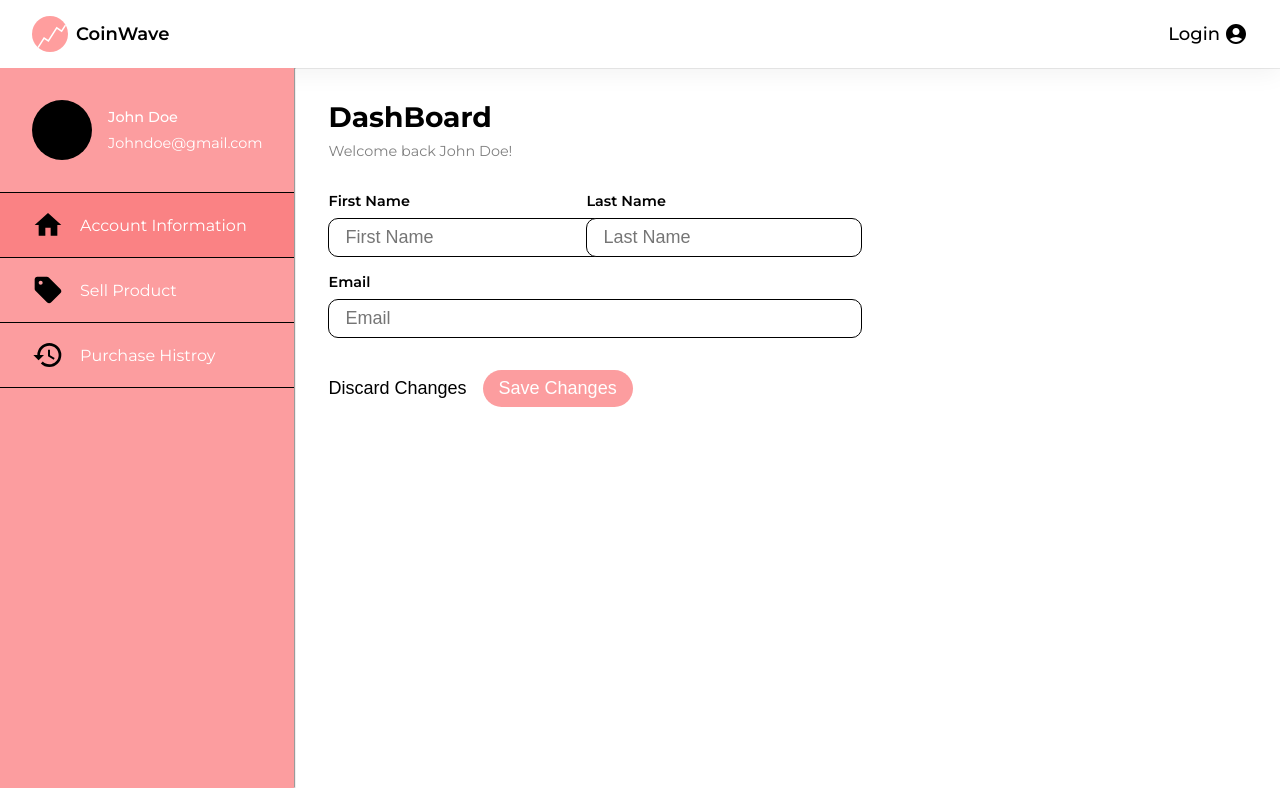
Repository: David-Waite/CoinWave
Page: /account
An editor plug-in stored every save of this project. The page is shown before and after the next save, followed by the edit.
The browser window is 1280 px wide. The pictures show the whole page.
The project was rebuilt for these pictures with package versions that can differ from the ones it lists, and the page was loaded fresh each time. The framework's server and built-in components were replaced by stand-ins that run in the browser. Also part of the build but not shown: next.config.js, app/components/account/SellProduct/SellProduct.js, app/components/account/PurchaseHistory/PurchaseHistory.js.

Above is the page before, as saved 2023-08-16 11:29:54.

### app/layout.js
import Nav from "./components/Nav/Nav";
import "./globals.css";
import { Montserrat } from "next/font/google";

const montserrat = Montserrat({ subsets: ["latin"] });

export const metadata = {
  title: "Coin Wave",
  description: "Generated by create next app",
};

export default function RootLayout({ children }) {
  return (
    <html lang="en">
      <body className={montserrat.className}>
        <Nav />
        {children}
      </body>
    </html>
  );
}

### app/account/page.js
"use client";
import styles from "./account.module.css";
import { useState } from "react";
import AccountMenu from "../components/account/AccountMenu/AccountMenu";
import AccountInformation from "../components/account/AccountInfomation/AccountInfomation";
import SellProduct from "../components/account/SellProduct/SellProduct";
import PurchaseHistroy from "../components/account/PurchaseHistory/PurchaseHistory";

export default function Account() {
  const [selected, setSelected] = useState({
    accountInformation: true,
    sellProduct: false,
    purchaseHistroy: false,
  });

  function handleMenuSelect(select) {
    setSelected({
      accountInformation: select === "accountInformation",
      sellProduct: select === "sellProduct",
      purchaseHistroy: select === "purchaseHistroy",
    });
  }

  return (
    <div className={styles.main}>
      <AccountMenu selected={selected} onClick={handleMenuSelect} />

      <hr />
      <main>
        {selected.accountInformation && <AccountInformation />}
        {selected.sellProduct && <SellProduct />}
        {selected.purchaseHistroy && <PurchaseHistroy />}
      </main>
    </div>
  );
}

### app/components/Nav/Nav.js
import styles from "./nav.module.css";
import Link from "next/link";
import { MdAccountCircle } from "react-icons/md";
export default function Nav() {
  return (
    <nav className={styles.main}>
      <Link className={styles.homeLink} href="/">
        <svg
          width="36"
          height="36"
          viewBox="0 0 36 36"
          fill="none"
          xmlns="http://www.w3.org/2000/svg"
        >
          <circle cx="18" cy="18" r="18" fill="#FF9E9E" />
          <mask
            id="mask0_7_9"
            style={{ maskType: "alpha" }}
            maskUnits="userSpaceOnUse"
            x="0"
            y="0"
            width="36"
            height="36"
          >
            <path
              d="M36 18C36 27.9411 27.9411 36 18 36C8.05887 36 0 27.9411 0 18C0 8.05887 8.05887 0 18 0C27.9411 0 36 8.05887 36 18Z"
              fill="#FF9E9E"
            />
          </mask>
          <g mask="url(#mask0_7_9)">
            <path
              d="M2.13416 37.6684L12.0865 22.0755L16.3706 24.9865L24.7305 11.8885L29.6267 15.2153L36.3942 4.61218"
              stroke="white"
              stroke-width="1.5"
            />
          </g>
        </svg>
        CoinWave
      </Link>
      <Link className={styles.loginLink} href="/login">
        Login <MdAccountCircle size={24} />
      </Link>
    </nav>
  );
}

### app/globals.css
:root {
  --primary: #fc9d9f;
}

* {
  margin: 0;
  padding: 0;
}

### app/components/account/AccountMenu/AccountMenu.js
import styles from "./accountMenu.module.css";
import { MdHistory, MdHome, MdSell } from "react-icons/md";
export default function AccountMenu(props) {
  function handleClick(select) {
    props.onClick(select);
  }

  const selectedP = {
    backgroundColor: "#fa8284",
  };

  return (
    <div className={styles.container}>
      <div className={styles.infoOverView}>
        <div className={styles.photo}></div>
        <div className={styles.overViewTextContainer}>
          <p className={styles.fullNameOverView}>John Doe</p>
          <p className={styles.emailOverView}>Johndoe@gmail.com</p>
        </div>
      </div>

      <div
        onClick={() => handleClick("accountInformation")}
        className={styles.linkContainer}
        style={Object.assign(props.selected.accountInformation && selectedP)}
      >
        <MdHome className={styles.menuIcons} />
        <p>Account Information</p>
      </div>

      <div
        onClick={() => handleClick("sellProduct")}
        className={styles.linkContainer}
        style={Object.assign(props.selected.sellProduct && selectedP)}
      >
        <MdSell className={styles.menuIcons} />
        <p>Sell Product</p>
      </div>

      <div
        onClick={() => handleClick("purchaseHistroy")}
        className={`${styles.linkContainer} ${styles.linkContainerBottom}`}
        style={Object.assign(props.selected.purchaseHistroy && selectedP)}
      >
        <MdHistory className={styles.menuIcons} />
        <p>Purchase Histroy</p>
      </div>
    </div>
  );
}

### app/components/account/AccountInfomation/AccountInfomation.js
"use client";
import styles from "./accountInformation.module.css";
import { useState } from "react";
import { useRouter } from "next/navigation";
import { MdSecurityUpdate } from "react-icons/md";

export default function AccountInformation() {
  const [formData, setFormData] = useState({
    firstName: "",
    lastNameName: "",
    email: "",
  });

  const router = useRouter();

  function handleChange(event) {
    const { type, name, value, checked } = event.target;
    setFormData((prevFormData) => {
      return {
        ...prevFormData,
        [name]: type === "checkbox" ? checked : value,
      };
    });
  }

  function handleSubmit(event) {
    event.preventDefault();

    router.push("/account");
  }

  return (
    <main className={styles.main}>
      <form onSubmit={handleSubmit}>
        <h1 className={styles.title}>DashBoard</h1>
        <p className={styles.welcomeText}>Welcome back {"John Doe"}!</p>

        <div className={styles.form}>
          <div className={styles.nameContainer}>
            <div className={styles.inputContainer}>
              <label className={styles.firstNameLable} htmlFor="firstName">
                First Name
              </label>
              <input
                className={styles.firstName}
                type="text"
                placeholder="First Name"
                onChange={handleChange}
                name="firstName"
                value={formData.firstName}
              />
            </div>
            <div className={styles.inputContainer}>
              <label className={styles.lastNameLable} htmlFor="lastName">
                Last Name
              </label>
              <input
                className={styles.firstName}
                type="text"
                placeholder="Last Name"
                onChange={handleChange}
                name="lastName"
                value={formData.lastName}
              />
            </div>
          </div>

          <div className={styles.inputContainer}>
            <label className={styles.emailLable} htmlFor="email">
              Email
            </label>
            <input
              className={styles.email}
              type="email"
              placeholder="Email"
              onChange={handleChange}
              name="email"
              value={formData.email}
            />
          </div>
        </div>
        <div className={styles.buttonContainer}>
          <button className={styles.discardChanges}>Discard Changes</button>
          <button className={styles.saveChanges}>Save Changes</button>
        </div>
      </form>
    </main>
  );
}

### app/components/Nav/nav.module.css
.main {
  display: flex;
  align-items: center;
  justify-content: space-between;
  padding: 16px 60px;
  box-shadow: rgba(0, 0, 0, 0.05) 0px 6px 24px 0px,
    rgba(0, 0, 0, 0.08) 0px 0px 0px 1px;
}

.homeLink {
  display: flex;
  align-items: center;
  gap: 8px;
  text-decoration: none;
  font-size: 18px;
  color: black;
  font-weight: 600;
}

.loginLink {
  display: flex;
  align-items: center;
  gap: 4px;
  font-size: 18px;
  text-decoration: none;
  color: black;
  font-weight: 500;
}

@media (max-width: 1600px) {
  .main {
    padding: 16px 32px;
  }
}
@media (max-width: 778px) {
  .main {
    padding: 16px;
  }
  .loginLink,
  .homeLink {
    font-size: 16px;
  }
}

### app/components/account/AccountMenu/accountMenu.module.css
.container {
  background-color: var(--primary);

  height: 100vh;
}

.infoOverView {
  display: flex;
  align-items: center;
  gap: 16px;

  padding: 32px;
}

.fullNameOverView {
  color: white;
  font-size: 14.4px;
  font-weight: 500;
}

.emailOverView {
  color: white;
  font-size: 14.4px;
}

.overViewTextContainer {
  display: flex;
  flex-direction: column;
  gap: 8px;
}

.linkContainer {
  padding: 16px 0;
  display: flex;
  align-items: center;
  gap: 16px;
  padding-left: 32px;
  border-top: 1px solid black;
  cursor: pointer;
}
.linkContainer:hover {
  background-color: #fa8284;
}

.menuIcons {
  font-size: 32px;
}

.linkContainerBottom {
  border-bottom: 1px solid black;
}

.linkContainer p {
  color: white;
}

.photo {
  width: 60px;
  height: 60px;
  background-color: black;
  border-radius: 50%;
}

### app/components/account/AccountInfomation/accountInformation.module.css
.main {
  padding: 32px;
  max-width: 500px;
}

.title {
  font-size: 28.13px;
}

.welcomeText {
  font-size: 14.4px;
  color: grey;
  margin-top: 8px;
}

.firstNameLable,
.lastNameLable,
.emailLable {
  font-size: 14.4px;
  font-weight: 600;
}

.nameContainer {
  display: grid;
  grid-template-columns: 1fr 1fr;
  gap: 16px;
}

.firstName,
.lastName,
.email {
  border: 1px solid black;
  padding: 8px 16px;
  font-size: 18px;
  border-radius: 10px;
  width: 100%;
}

.form {
  padding: 32px 0;
  display: flex;
  flex-direction: column;
  gap: 16px;
}

.inputContainer {
  display: flex;
  flex-direction: column;
  gap: 8px;
}

.buttonContainer {
  display: flex;
  gap: 16px;
}
.discardChanges,
.saveChanges {
  cursor: pointer;
  border: none;
  font-size: 18px;
}

.discardChanges {
  color: black;
  background-color: transparent;
}

.saveChanges {
  padding: 8px 16px;
  border-radius: 50px;
  background-color: var(--primary);
  color: white;
}

.saveChanges:hover {
  background-color: #ff8b8d;
}

Loaded but not shown: app/account/account.module.css (common file)

After the next save:
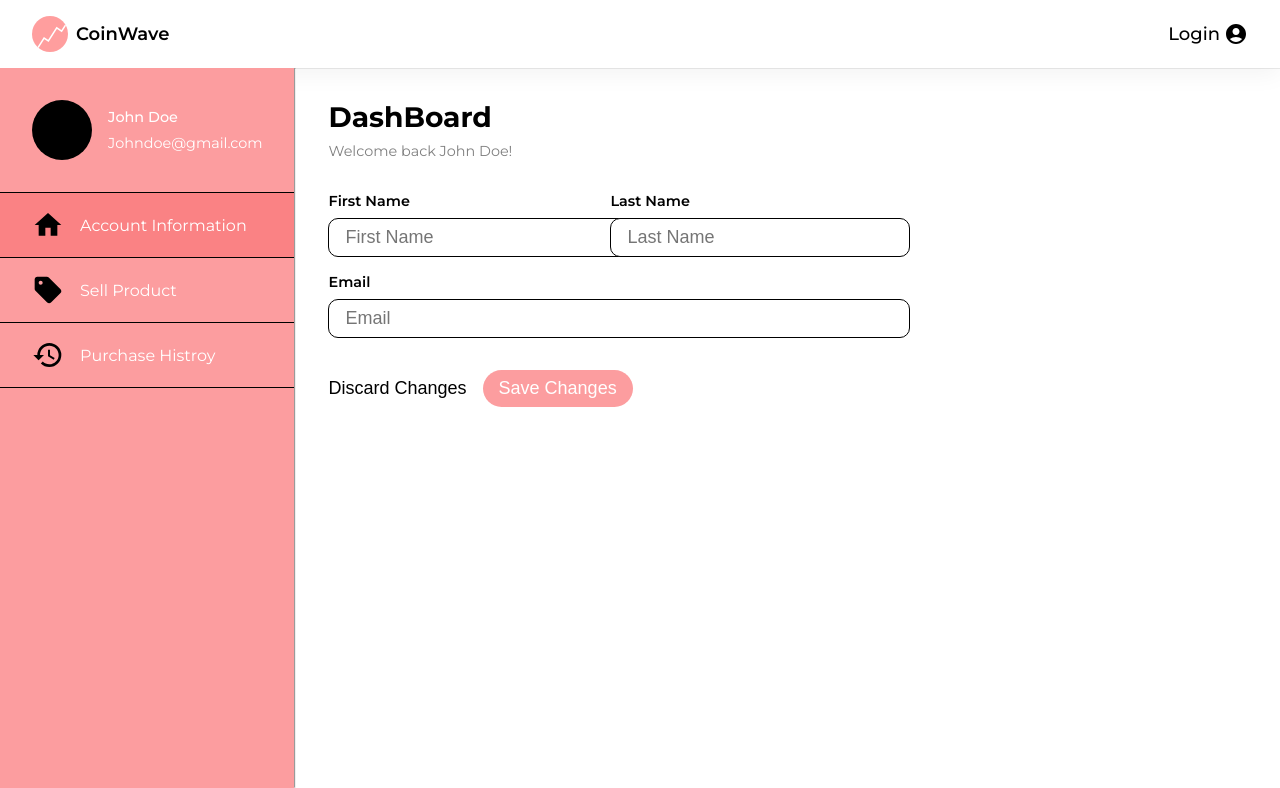
Saved 6 s later.
--- a/app/components/account/AccountInfomation/accountInformation.module.css
+++ b/app/components/account/AccountInfomation/accountInformation.module.css
@@ -1,6 +1,6 @@
 .main {
   padding: 32px;
-  max-width: 500px;
+  max-width: 600px;
 }
 
 .title {
